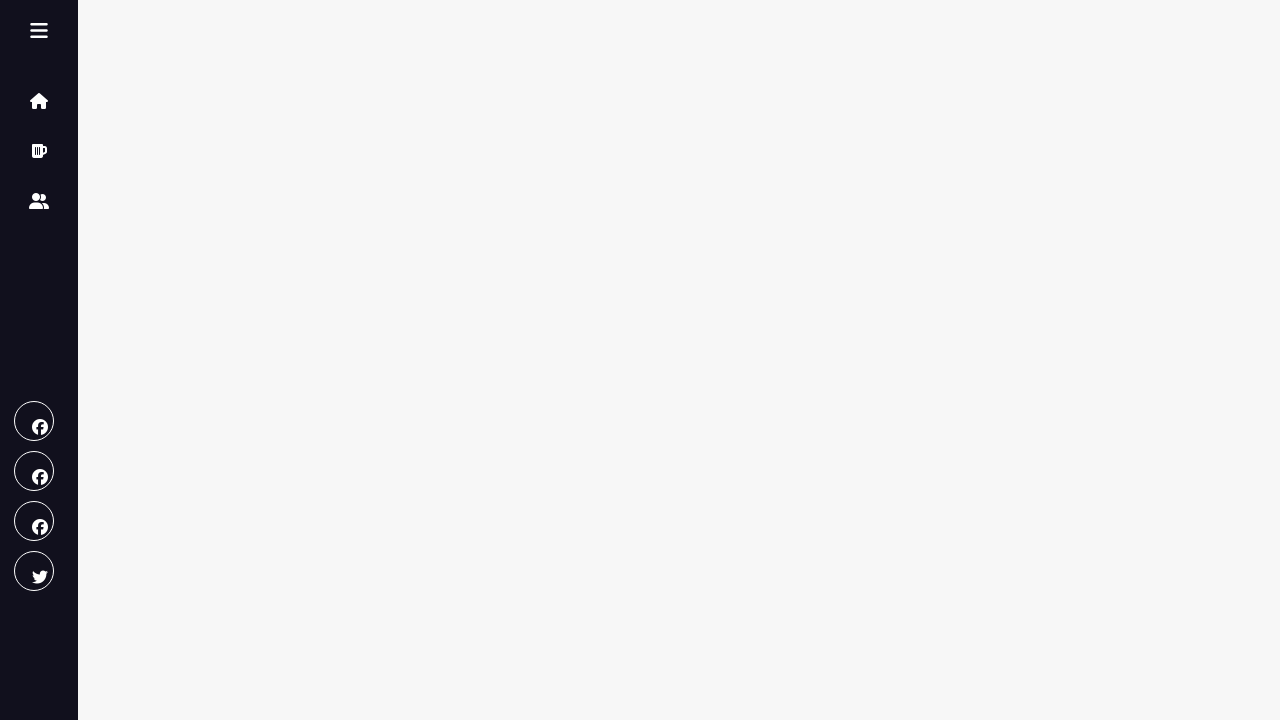
Repository: Nic98/MilkTeaWebsite
Page: mywebsite.html
An editor plug-in stored every save of this project. The page is shown before and after the next save, followed by the edit.
The browser window is 1280 px wide. The pictures show the whole page.
Some web libraries are served in a nearby version.

Above is the page before, as saved 2024-05-28 23:07:20.

After the next save:
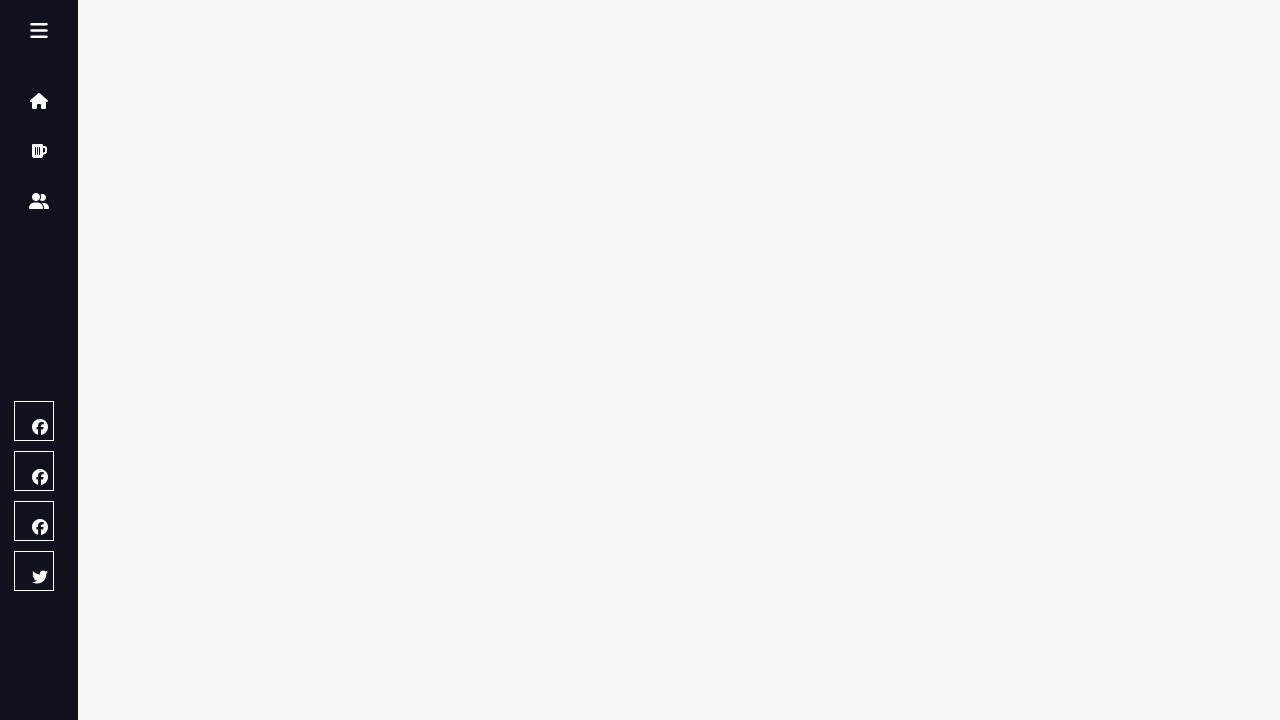
Saved 7 s later.
--- a/mywebsite.css
+++ b/mywebsite.css
@@ -291,6 +291,7 @@
   position: relative;
   display:block;
   line-height: 1px;
+  line
   border-radius: 50%;
   transition: all 0.4s ease;
   white-space: nowrap;

After the 3 saves that followed:
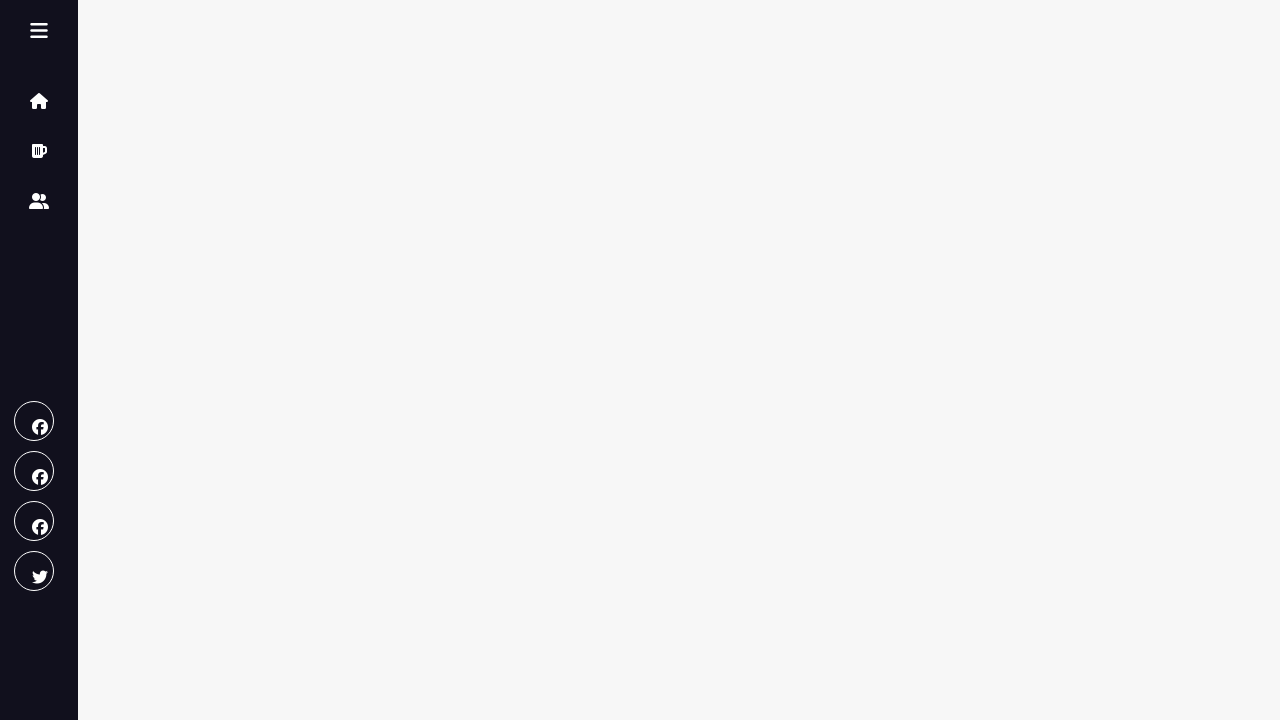
The 3 saves are shown as one change because 1 left the picture as it was and some came seconds apart.
The last was saved 27 s later.
--- a/mywebsite.css
+++ b/mywebsite.css
@@ -291,7 +291,7 @@
   position: relative;
   display:block;
   line-height: 1px;
-  line
+  text-align: center;
   border-radius: 50%;
   transition: all 0.4s ease;
   white-space: nowrap;
